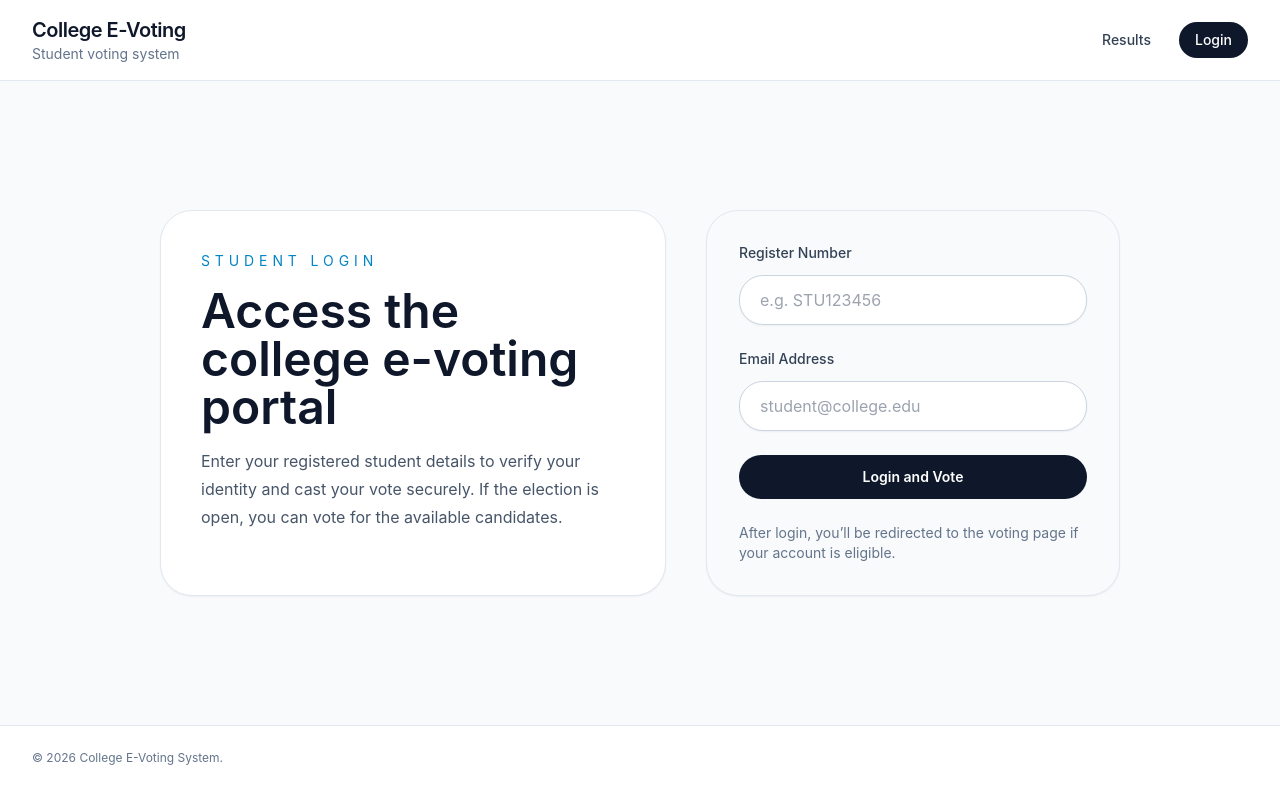
Repository: stackvern/college-evoting
Page: / (app in client/)
The author's editor kept a copy of each file at every save. The page is drawn from the files as they stood at one save, then again after the next save.
The browser window is 1280 px wide. The pictures show the whole page.
The project was rebuilt for these pictures with package versions that can differ from the ones it lists, and the page was loaded fresh each time. Also part of the build but not shown: client/vite.config.js, client/src/components/ProtectedRoute.jsx, client/src/pages/VotePage.jsx, client/src/pages/ResultPage.jsx.

Above is the page before, as saved 2026-07-19 12:28:12.

After the next save:
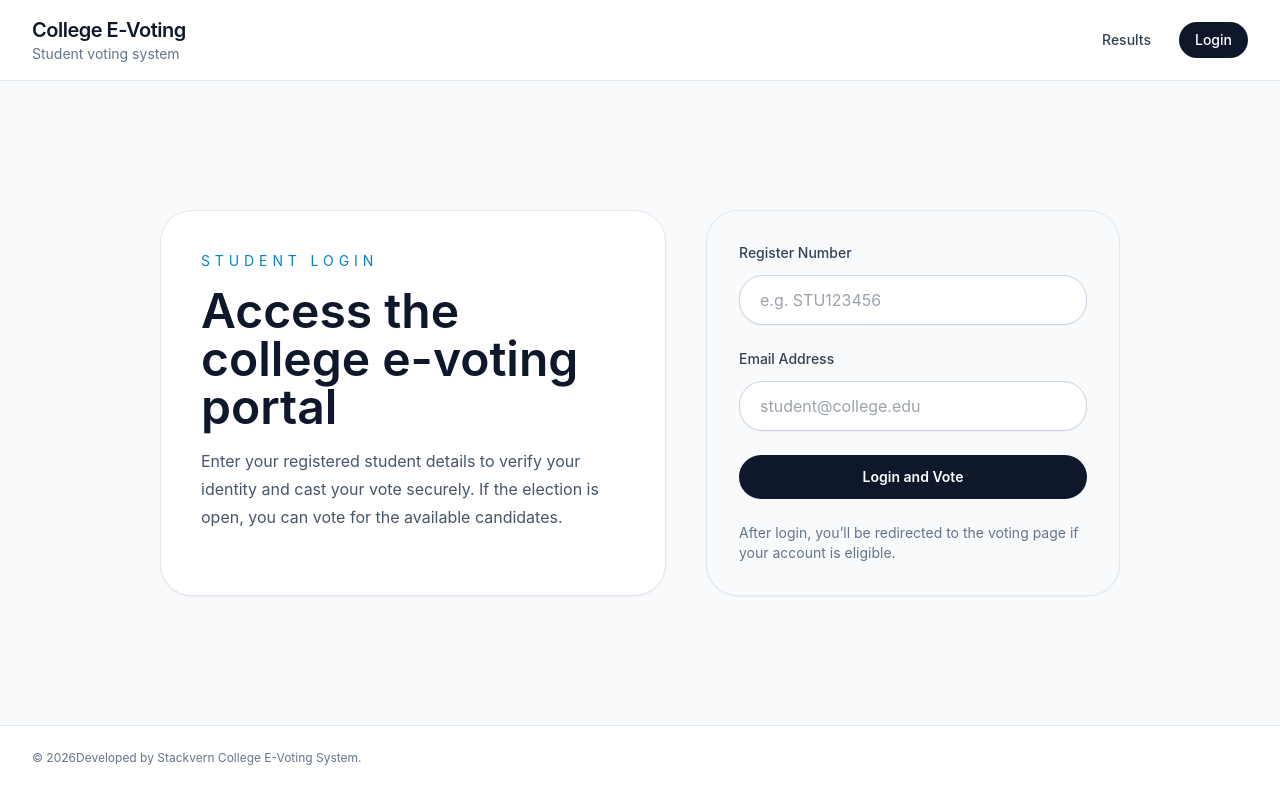
Saved 13 s later.
--- a/client/src/components/Layout.jsx
+++ b/client/src/components/Layout.jsx
@@ -47,7 +47,7 @@ const Layout = () => {
       </main>
       <footer className="border-t border-slate-200 bg-white py-6">
         <div className="mx-auto max-w-7xl px-4 text-xs text-slate-500 sm:px-6 lg:px-8">
-          © {new Date().getFullYear()} College E-Voting System.
+          © {new Date().getFullYear()}Developed by Stackvern College E-Voting System.
         </div>
       </footer>
     </div>
